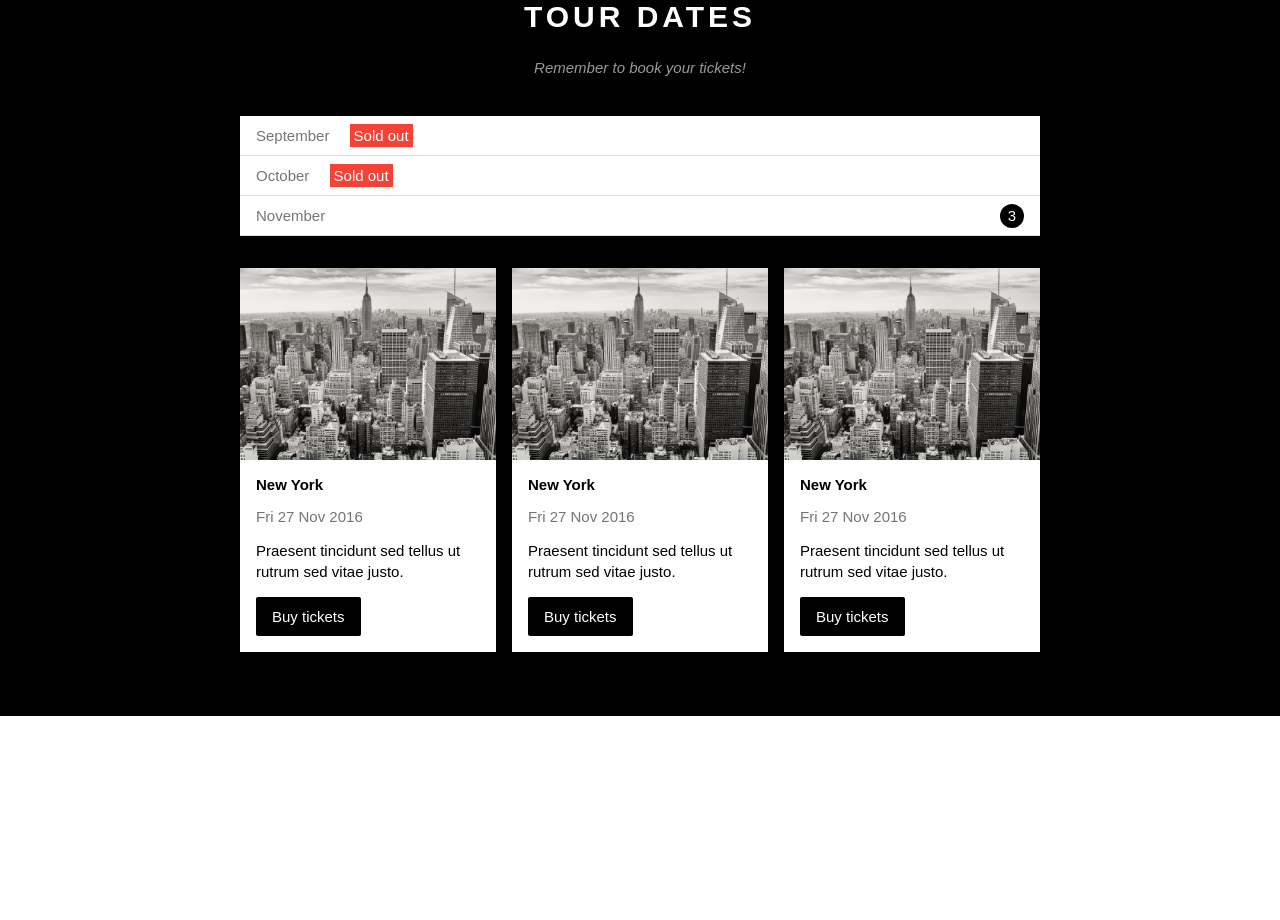
Repository: Phunobita/The-band-w3school
Page: index.html
The author's editor kept a copy of each file at every save. The page is drawn from the files as they stood at one save, then again after the next save.
The browser window is 1280 px wide. The pictures show the part of the page from y = 1007 to 1959 px (the page is 1927 px tall before and 1959 px after).
A picture or video elsewhere on the page could not be fetched, so the positions and the page height are approximate.

Above is the page before, as saved 2021-12-02 22:45:11.

After the next save:
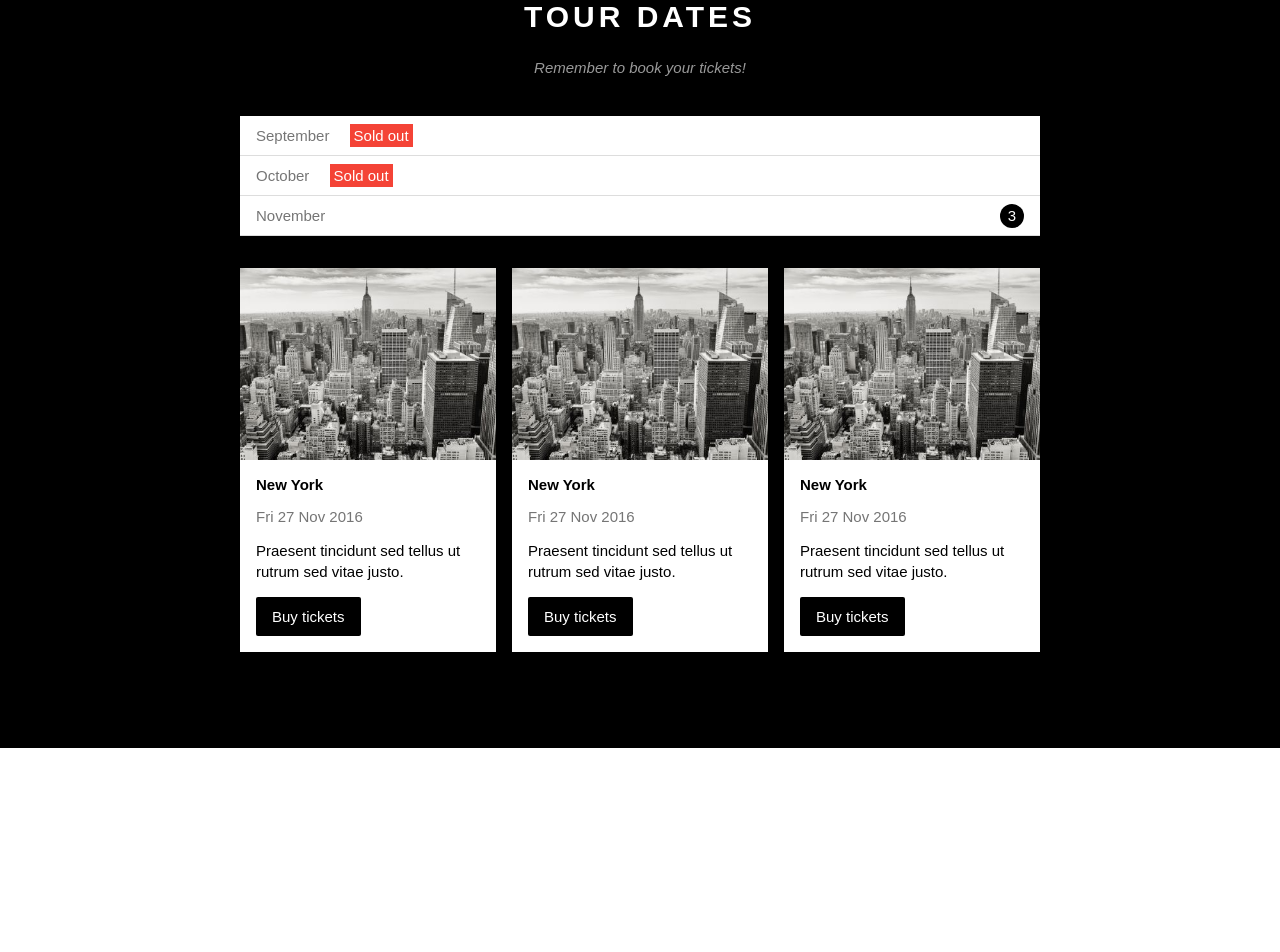
Saved 31 s later.
--- a/assets/css/style.css
+++ b/assets/css/style.css
@@ -188,6 +188,7 @@
 /*  Place body*/
 .place__list {
   margin: 32px -8px 0 -8px;
+  padding-bottom: 32px;
 }
 .place__list-item {
   float: left;
